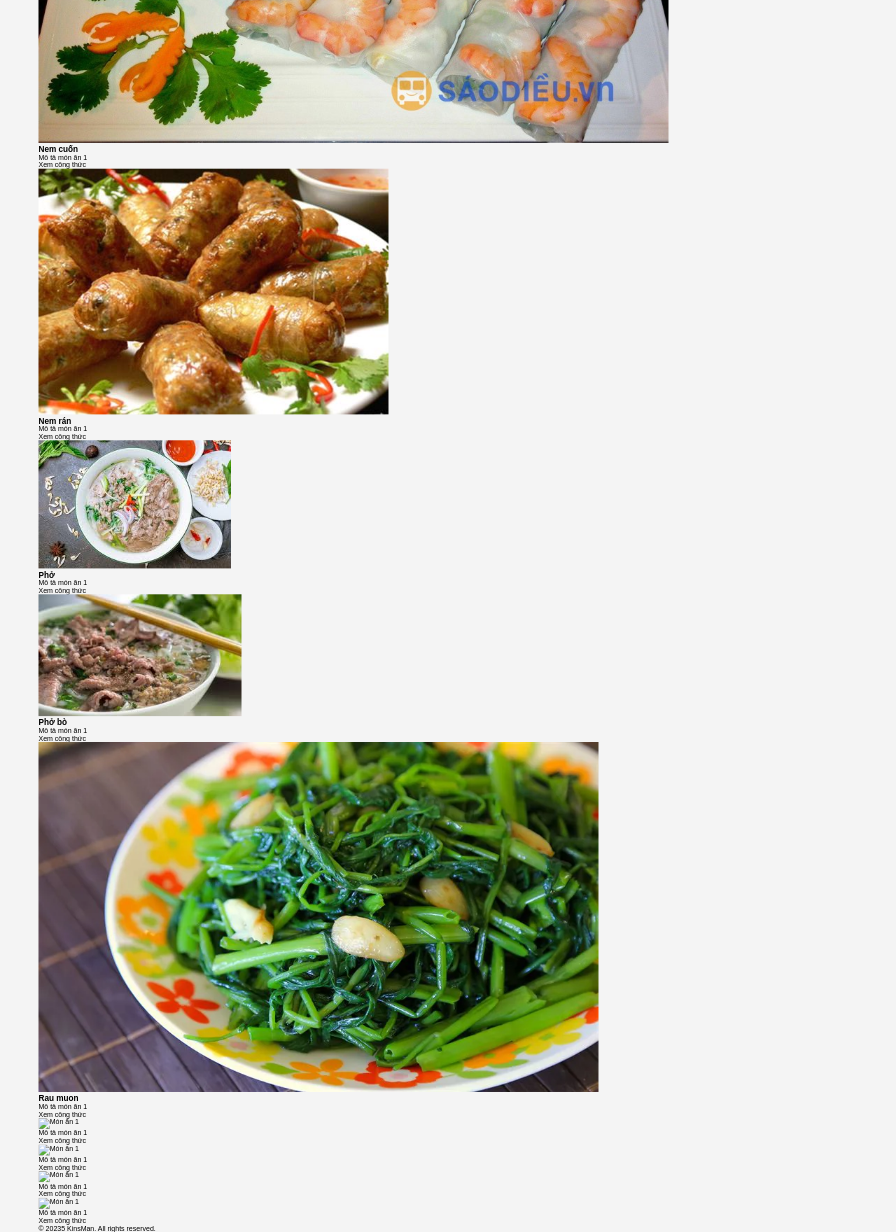
Repository: hoang28092000/how-food
Page: index.html
These files come from the project's save history. The page is drawn as it stood at one moment and after a run of saves; the edit follows.
The browser window is 1280 px wide. The pictures show the part of the page from y = 3110 to 5030 px (the page is 4870 px tall before and 5030 px after), at 70% of full size.

Above is the page before, as saved 2025-04-14 23:57:35.

### index.html
<!DOCTYPE html>
<html lang="en">
<head>
    <meta charset="UTF-8">
    <meta name="viewport" content="width=device-width, initial-scale=1.0">
    <link rel="stylesheet" href="./style.css">
    <title>Food VN</title>
</head>
<body>
    <header>
        <div class="container">
            <nav class="nav">
                <h1 class="logo">KINSMAN</h1>
                <form action="" class="search-form">
                    <input type="text" class="search-box" placeholder="Search for food...">
                    <button type="submit" class="btn-search">Search</button>
                </form>
            </nav>
        </div>
    </header>
    <main>
        <div class="container">
            <h2 class="title-page">
                Công thức nấu món ăn do KinsMAN cung cấp
            </h2>
            <div class="list-food">
                <div class="food-item">
                    <img src="./image/banh-xeo.webp" alt="Món ăn 1" class="food-image">
                    <div class="info-card">
                        <h3 class="food-name">Bánh Xèo</h3>
                        <p class="food-description">Mô tả món ăn 1</p>
                        <a class="btn-card">Xem công thức</a>
                    </div>
                </div>
                <div class="food-item">
                    <img src="./image/banh_khot.webp" alt="Món ăn 1" class="food-image">
                    <div class="info-card">
                        <h3 class="food-name">Bánh khọt</h3>
                        <p class="food-description">Mô tả món ăn 1</p>
                        <a class="btn-card">Xem công thức</a>
                    </div>
                </div>
                <div class="food-item">
                    <img src="./image/bunbo.jpg" alt="Món ăn 1" class="food-image">
                    <div class="info-card">
                        <h3 class="food-name">Bún bò</h3>
                        <p class="food-description">Mô tả món ăn 1</p>
                        <a class="btn-card">Xem công thức</a>
                    </div>
                </div>
                <div class="food-item">
                    <img src="./image/duahanh.jpg" alt="Món ăn 1" class="food-image">
                    <div class="info-card">
                        <h3 class="food-name">Dưa hành</h3>
                        <p class="food-description">Mô tả món ăn 1</p>
                        <a class="btn-card">Xem công thức</a>
                    </div>
                </div>
                <div class="food-item">
                    <img src="./image/lau.webp" alt="Món ăn 1" class="food-image">
                    <div class="info-card">
                        <h3 class="food-name">Lẩu</h3>
                        <p class="food-description">Mô tả món ăn 1</p>
                        <a class="btn-card">Xem công thức</a>
                    </div>
                </div>
                <div class="food-item">
                    <img src="./image/nemccuon.jpg" alt="Món ăn 1" class="food-image">
                    <div class="info-card">
                        <h3 class="food-name">Nem cuốn</h3>
                        <p class="food-description">Mô tả món ăn 1</p>
                        <a class="btn-card">Xem công thức</a>
                    </div>
                </div>
                <div class="food-item">
                    <img src="./image/nemran.jpg" alt="Món ăn 1" class="food-image">
                    <div class="info-card">
                        <h3 class="food-name">Nem rán</h3>
                        <p class="food-description">Mô tả món ăn 1</p>
                        <a class="btn-card">Xem công thức</a>
                    </div>
                </div>
                <div class="food-item">
                    <img src="./image/pho.jpg" alt="Món ăn 1" class="food-image">
                    <div class="info-card">
                        <h3 class="food-name">Phở</h3>
                        <p class="food-description">Mô tả món ăn 1</p>
                        <a class="btn-card">Xem công thức</a>
                    </div>
                </div>
                <div class="food-item">
                    <img src="./image/phobo.jpg" alt="Món ăn 1" class="food-image">
                    <div class="info-card">
                        <h3 class="food-name">Phở bò</h3>
                        <p class="food-description">Mô tả món ăn 1</p>
                        <a class="btn-card">Xem công thức</a>
                    </div>
                </div>
                <div class="food-item">
                    <img src="./image/raumuong-xaotoi.webp" alt="Món ăn 1" class="food-image">
                    <div class="info-card">
                        <h3 class="food-name">Rau muon</h3>
                        <p class="food-description">Mô tả món ăn 1</p>
                        <a class="btn-card">Xem công thức</a>
                    </div>
                </div>
                <div class="food-item">
                    <img src="" alt="Món ăn 1" class="food-image">
                    <div class="info-card">
                        <h3 class="food-name"></h3>
                        <p class="food-description">Mô tả món ăn 1</p>
                        <a class="btn-card">Xem công thức</a>
                    </div>
                </div>
                <div class="food-item">
                    <img src="" alt="Món ăn 1" class="food-image">
                    <div class="info-card">
                        <h3 class="food-name"></h3>
                        <p class="food-description">Mô tả món ăn 1</p>
                        <a class="btn-card">Xem công thức</a>
                    </div>
                </div>
                <div class="food-item">
                    <img src="" alt="Món ăn 1" class="food-image">
                    <div class="info-card">
                        <h3 class="food-name"></h3>
                        <p class="food-description">Mô tả món ăn 1</p>
                        <a class="btn-card">Xem công thức</a>
                    </div>
                </div>
                <div class="food-item">
                    <img src="" alt="Món ăn 1" class="food-image">
                    <div class="info-card">
                        <h3 class="food-name"></h3>
                        <p class="food-description">Mô tả món ăn 1</p>
                        <a class="btn-card">Xem công thức</a>
                    </div>
                </div>
            </div>
        </div>
    </main>

    <footer>
        <div class="container">
            <p>&copy; 20235 KinsMan. All rights reserved.</p>
        </div>
    </footer>


    <script src="script.js"></script>
</body>
</html>

### style.css
*{
    padding: 0;
    margin: 0;
    box-sizing: border-box;
}
html{
    font-size: 62.5%;
    scroll-behavior: smooth;
}
.container{
    max-width: calc(100% - 48px);
    width: 1170px;
    margin: 0 auto;
}
body{
    font-family: 'Poppins', sans-serif;
    background-color: #f4f4f4;
}
/* header */
nav{
    display: flex;
    justify-content: space-between;
    align-items: center;
    padding: 20px;
    background-color: #fff;
    box-shadow: 0 2px 5px rgba(0, 0, 0, 0.1);
    position: fixed;
    width: 100%;
    top: 0;
    left: 0;
}
nav .logo{
    font-size: 2rem;
    font-weight: bold;
    color: #333;
    letter-spacing: 2px;
}
nav .search-form{
    display: flex;
    width: 50%;
    align-items: center;
    justify-content: flex-end;
}
.search-box{
    width: 300px;
    height: 40px;
    padding-left: 10px;
    border: 1px solid #ccc;
    border-radius: 5px;
    outline: none;
}
.btn-search{
    width: 100px;
    height: 40px;
    background-color: #333;
    color: #fff;
    border: none;
    border-radius: 5px;
    cursor: pointer;
    margin-left: 10px;
    transition: background-color 0.2s ease-in-out;
}
.btn-search:hover{
    background-color: #555;
}
/* main */
main{
    margin-top: 80px;
}
.title-page{
    padding-top: 60px;
    text-align: center;
    font-size: 2rem;
    font-weight: bold;
    color: #333;

}

Loaded but not shown: script.js (no copy from this time; the picture is the same without it)

After the next 4 saves:
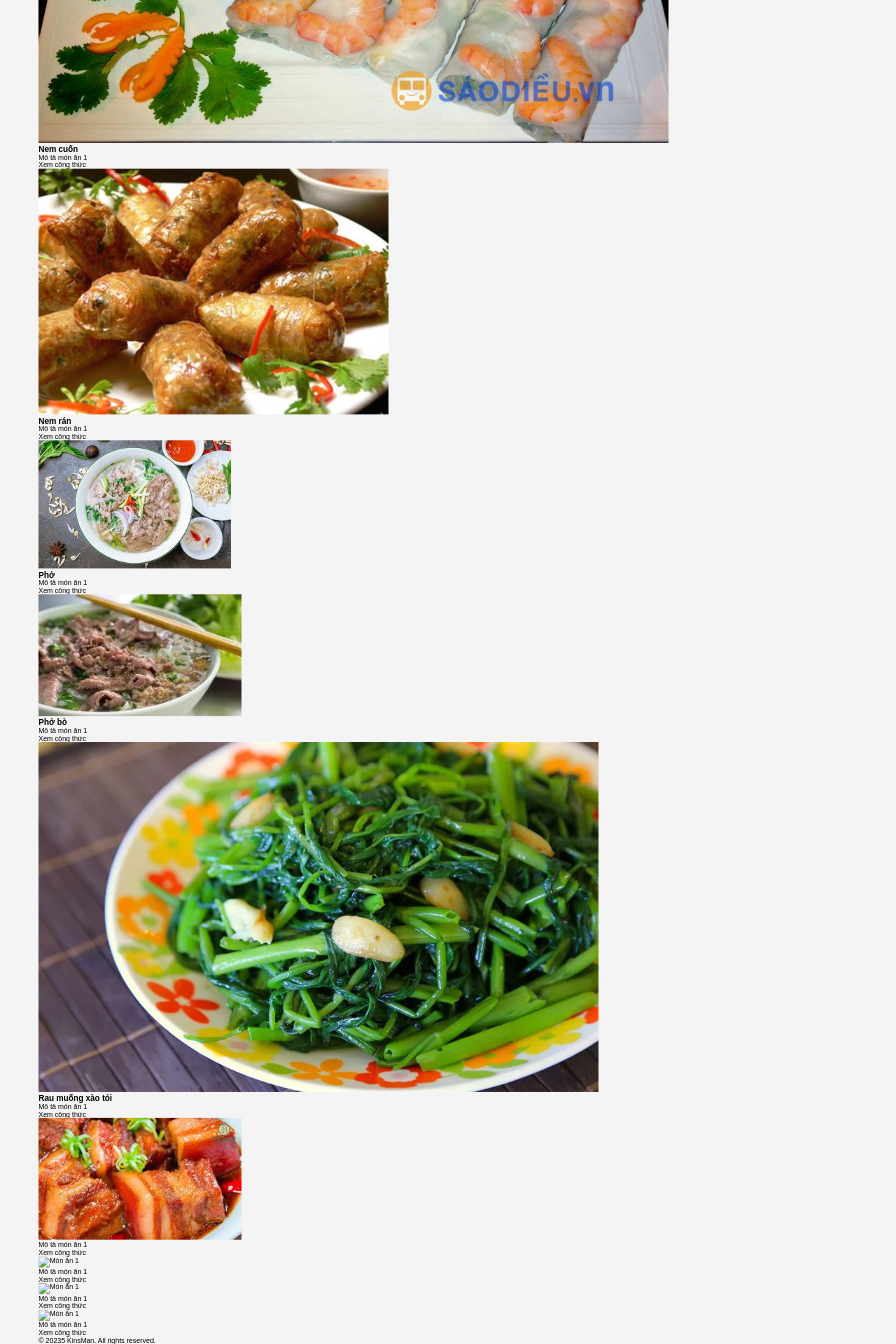
The 4 saves are shown as one change because they came seconds apart.
The last was saved 12 s later.
--- a/index.html
+++ b/index.html
@@ -99,13 +99,13 @@
                 <div class="food-item">
                     <img src="./image/raumuong-xaotoi.webp" alt="Món ăn 1" class="food-image">
                     <div class="info-card">
-                        <h3 class="food-name">Rau muon</h3>
+                        <h3 class="food-name">Rau muống xào tỏi</h3>
                         <p class="food-description">Mô tả món ăn 1</p>
                         <a class="btn-card">Xem công thức</a>
                     </div>
                 </div>
                 <div class="food-item">
-                    <img src="" alt="Món ăn 1" class="food-image">
+                    <img src="./image/thitkho.jpg" alt="Món ăn 1" class="food-image">
                     <div class="info-card">
                         <h3 class="food-name"></h3>
                         <p class="food-description">Mô tả món ăn 1</p>
